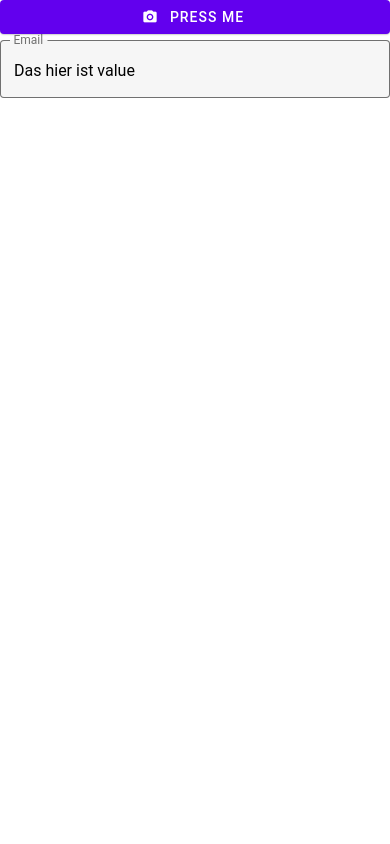
Repository: pascalgrim/GymTracker
Screen: /
An editor plug-in stored every save of this project. The screen is shown before and after the next save, followed by the edit.
The app was drawn by React Native's web renderer in a window 390 px wide. The project was rebuilt for these pictures with package versions that can differ from the ones it lists, and the page was loaded fresh each time. Also part of the build but not shown: components/menuCard.js, components/Dashboard.js, firebase.js, context/AuthContext.js.

Above is the screen before, as saved 2021-11-04 21:15:12.

After the next save:
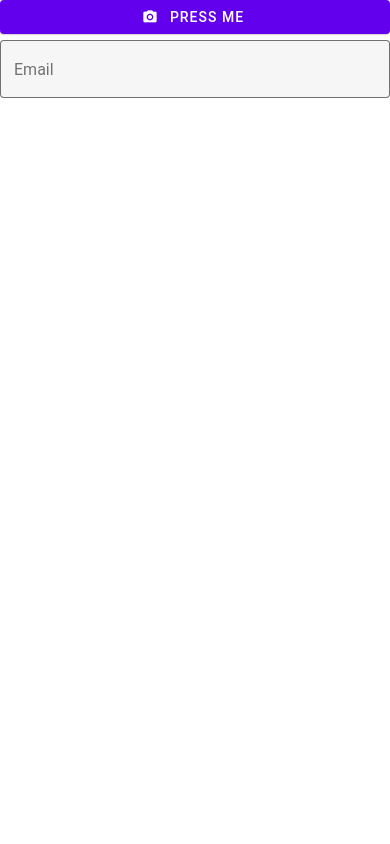
Saved 10 s later.
--- a/components/Signup.js
+++ b/components/Signup.js
@@ -42,7 +42,7 @@ export default function Signup() {
   </Button>
   <TextInput
       label="Email"
-      value={"Das hier ist value"}
+
       mode="outlined"
     />
 
